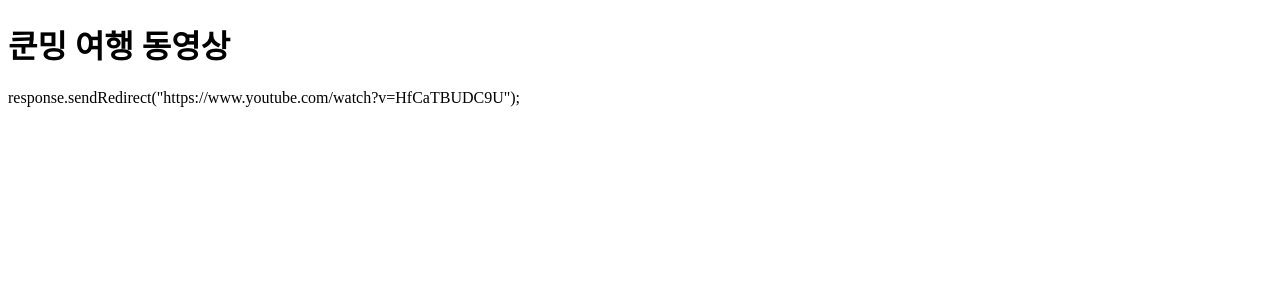
Repository: Kimhwawon/jsp_practice
Page: http://localhost/JSPBasic/JsObject/2.response/travel_kunming.jsp
The author's editor kept a copy of each file at every save. The page is drawn from the files as they stood at one save, then again after the next save.
The browser window is 1280 px wide. The pictures show the whole page.
The page is served by Tomcat 9.

Above is the page before, as saved 2022-02-04 05:43:32.

After the next save:
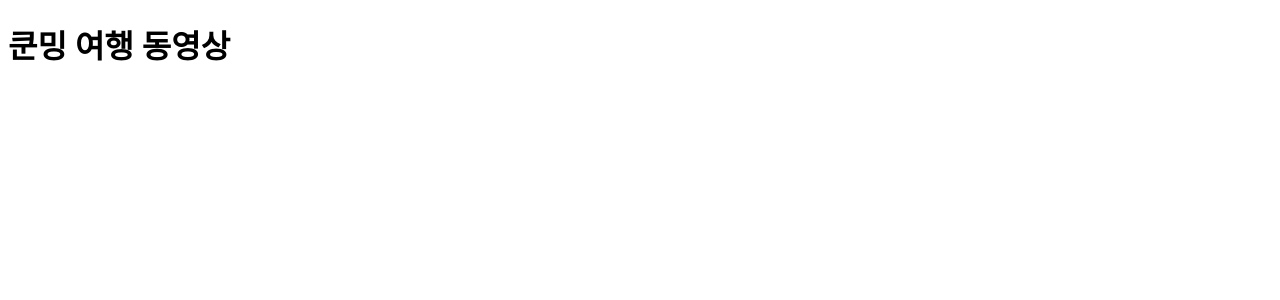
Saved 22 s later.
--- a/JSPBasic/src/main/webapp/JsObject/2.response/travel_kunming.jsp
+++ b/JSPBasic/src/main/webapp/JsObject/2.response/travel_kunming.jsp
@@ -9,7 +9,7 @@
 <body>
 
  <h1>쿤밍 여행 동영상</h1>
-	response.sendRedirect("https://www.youtube.com/watch?v=HfCaTBUDC9U");
+
 
 
 </body>
